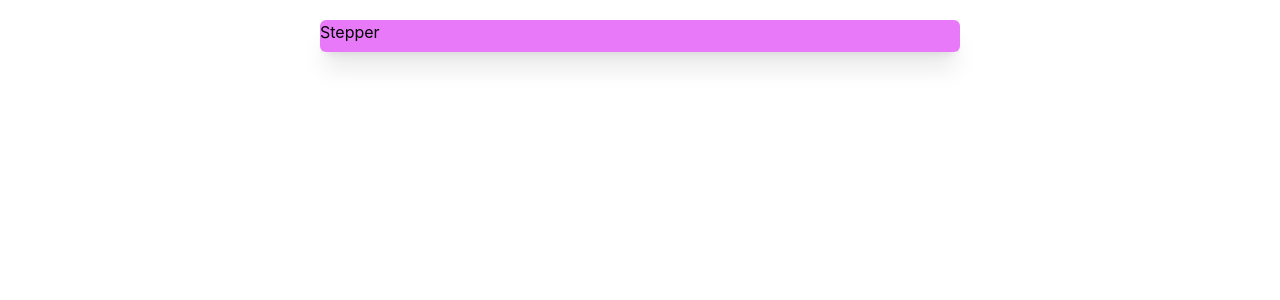
Repository: OmniaRafat232111121/reactstepper
Page: /
The author's editor kept a copy of each file at every save. The page is drawn from the files as they stood at one save, then again after a run of saves.
The browser window is 1280 px wide. The pictures show the whole page.
The project was rebuilt for these pictures with package versions that can differ from the ones it lists, and the page was loaded fresh each time. Also part of the build but not shown: src/App.css.

Above is the page before, as saved 2023-02-21 16:57:11.

### src/App.js

import './App.css';
import Stepper from './Component/Stepper';
import StepperControl from './Component/StepperControl';
function App() {
  return (
    <div className="md:w-1/2 mx-auto  rounded-md shadow-xl bg-fuchsia-400 pb-2 mt-5">
     {/*stepper*/}
    <div className='container horizontal mt-5'>
    <Stepper/>
    </div>
     {/*StepperCOntrol*/}
     <StepperControl/>
    </div>
  );
}

export default App;

### src/Component/Stepper.js
import React from 'react'

const Stepper = () => {
  return (
    <div>
      <h1>Stepper</h1>
    </div>
  )
}

export default Stepper

### src/Component/StepperControl.js
import React from 'react'

const StepperControl = () => {
  return (
    <div className='container  flex justify-around'>

    </div>
  )
}

export default StepperControl

Loaded but not shown: public/index.html (common file); src/index.js (common file); src/index.css (common file); tailwind.config.js (common file)

After the next 2 saves:
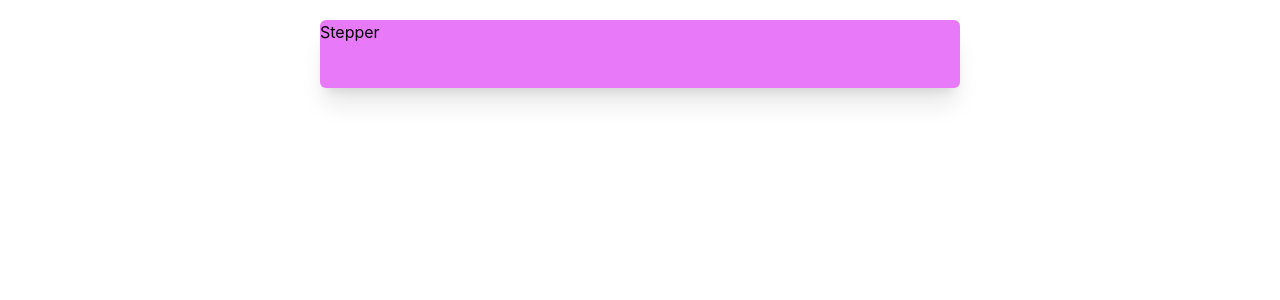
The 2 saves are shown as one change because they came seconds apart.
The last was saved 7 s later.
--- a/src/Component/StepperControl.js
+++ b/src/Component/StepperControl.js
@@ -2,7 +2,7 @@ import React from 'react'
 
 const StepperControl = () => {
   return (
-    <div className='container  flex justify-around'>
+    <div className='container  flex justify-around mt-5 mb-4'>
 
     </div>
   )
